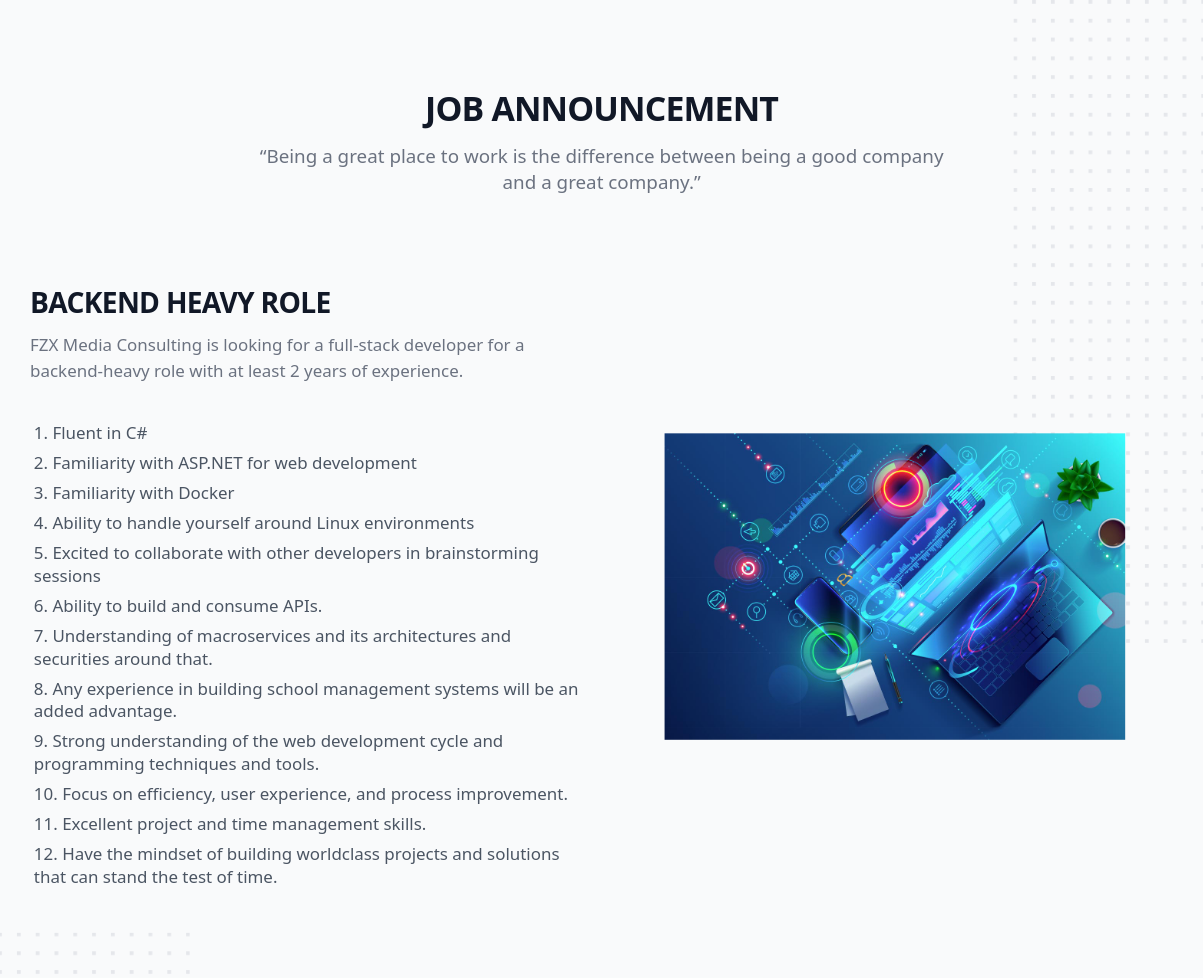
Repository: emorilebo/invotec
Page: /jobs
An editor plug-in stored every save of this project. The page is shown before and after a run of saves, followed by the edit.
The browser window is 1280 px wide. The pictures show the whole page, at 94% of full size.
The project was rebuilt for these pictures with package versions that can differ from the ones it lists, and the page was loaded fresh each time. The framework's server and built-in components were replaced by stand-ins that run in the browser. Also part of the build but not shown: next.config.js.

Above is the page before, as saved 2022-12-07 11:25:23.

### pages/jobs.tsx
import React from 'react'
import {
  BoltIcon,
  ChatBubbleBottomCenterTextIcon,
  EnvelopeIcon,
  GlobeAltIcon,
  ScaleIcon,
} from '@heroicons/react/24/solid'

const transferFeatures = [
  {
    id: 1,
    name: '1. Fluent in C#',
    description:
      'Lorem ipsum, dolor sit amet consectetur adipisicing elit. Maiores impedit perferendis suscipit eaque, iste dolor cupiditate blanditiis ratione.',
    icon: GlobeAltIcon,
  },
  {
    id: 2,
    name: '2. Familiarity with ASP.NET for web development',
    description:
      'Lorem ipsum, dolor sit amet consectetur adipisicing elit. Maiores impedit perferendis suscipit eaque, iste dolor cupiditate blanditiis ratione.',
    icon: ScaleIcon,
  },
  {
    id: 3,
    name: '3. Familiarity with Docker',
    description:
      'Lorem ipsum, dolor sit amet consectetur adipisicing elit. Maiores impedit perferendis suscipit eaque, iste dolor cupiditate blanditiis ratione.',
    icon: BoltIcon,
  },
  {
    id: 4,
    name: '4. Ability to handle yourself around Linux environments',
    description:
      'Lorem ipsum, dolor sit amet consectetur adipisicing elit. Maiores impedit perferendis suscipit eaque, iste dolor cupiditate blanditiis ratione.',
    icon: BoltIcon,
  },
  {
    id: 5,
    name: '5. Excited to collaborate with other developers in brainstorming sessions',
    description:
      'Lorem ipsum, dolor sit amet consectetur adipisicing elit. Maiores impedit perferendis suscipit eaque, iste dolor cupiditate blanditiis ratione.',
    icon: BoltIcon,
  },
  {
    id: 6,
    name: '6. Ability to build and consume APIs.',
    description:
      'Lorem ipsum, dolor sit amet consectetur adipisicing elit. Maiores impedit perferendis suscipit eaque, iste dolor cupiditate blanditiis ratione.',
    icon: BoltIcon,
  },
  {
    id: 7,
    name: '7. Understanding of macroservices and its architectures and securities around that.',
    description:
      'Lorem ipsum, dolor sit amet consectetur adipisicing elit. Maiores impedit perferendis suscipit eaque, iste dolor cupiditate blanditiis ratione.',
    icon: BoltIcon,
  },
  {
    id: 8,
    name: '8. Any experience in building school management systems will be an added advantage.',
    description:
      'Lorem ipsum, dolor sit amet consectetur adipisicing elit. Maiores impedit perferendis suscipit eaque, iste dolor cupiditate blanditiis ratione.',
    icon: BoltIcon,
  },
  {
    id: 9,
    name: '9. Strong understanding of the web development cycle and programming techniques and tools.',
    description:
      'Lorem ipsum, dolor sit amet consectetur adipisicing elit. Maiores impedit perferendis suscipit eaque, iste dolor cupiditate blanditiis ratione.',
    icon: BoltIcon,
  },
  {
    id: 10,
    name: '10. Focus on efficiency, user experience, and process improvement.',
    description:
      'Lorem ipsum, dolor sit amet consectetur adipisicing elit. Maiores impedit perferendis suscipit eaque, iste dolor cupiditate blanditiis ratione.',
    icon: BoltIcon,
  },
  {
    id: 11,
    name: '11. Excellent project and time management skills.',
    description:
      'Lorem ipsum, dolor sit amet consectetur adipisicing elit. Maiores impedit perferendis suscipit eaque, iste dolor cupiditate blanditiis ratione.',
    icon: BoltIcon,
  },
  {
    id: 12,
    name: '12. Have the mindset of building worldclass projects and solutions that can stand the test of time.',
    description:
      'Lorem ipsum, dolor sit amet consectetur adipisicing elit. Maiores impedit perferendis suscipit eaque, iste dolor cupiditate blanditiis ratione.',
    icon: BoltIcon,
  },
]
const communicationFeatures = [
  {
    id: 1,
    name: 'Mobile notifications',
    description:
      'Lorem ipsum, dolor sit amet consectetur adipisicing elit. Maiores impedit perferendis suscipit eaque, iste dolor cupiditate blanditiis ratione.',
    icon: ChatBubbleBottomCenterTextIcon,
  },
  {
    id: 2,
    name: 'Reminder emails',
    description:
      'Lorem ipsum, dolor sit amet consectetur adipisicing elit. Maiores impedit perferendis suscipit eaque, iste dolor cupiditate blanditiis ratione.',
    icon: EnvelopeIcon,
  },
]

function jobs() {
  return (
    <div className="overflow-hidden bg-gray-50 py-16 lg:py-24">
      <div className="relative mx-auto max-w-xl px-6 lg:max-w-7xl lg:px-8">
        <svg
          className="absolute left-full hidden -translate-x-1/2 -translate-y-1/4 transform lg:block"
          width={404}
          height={784}
          fill="none"
          viewBox="0 0 404 784"
          aria-hidden="true"
        >
          <defs>
            <pattern
              id="b1e6e422-73f8-40a6-b5d9-c8586e37e0e7"
              x={0}
              y={0}
              width={20}
              height={20}
              patternUnits="userSpaceOnUse"
            >
              <rect
                x={0}
                y={0}
                width={4}
                height={4}
                className="text-gray-200"
                fill="currentColor"
              />
            </pattern>
          </defs>
          <rect
            width={404}
            height={784}
            fill="url(#b1e6e422-73f8-40a6-b5d9-c8586e37e0e7)"
          />
        </svg>

        <div className="relative">
          <h2 className="text-center text-3xl font-bold leading-8 tracking-tight text-gray-900 sm:text-4xl">
            JOB ANNOUNCEMENT
          </h2>
          <p className="mx-auto mt-4 max-w-3xl text-center text-xl text-gray-500">
            “Being a great place to work is the difference between being a good
            company and a great company.”
          </p>
        </div>

        <div className="relative mt-12 lg:mt-24 lg:grid lg:grid-cols-2 lg:items-center lg:gap-8">
          <div className="relative">
            <h3 className="text-2xl font-bold tracking-tight text-gray-900 sm:text-3xl">
              BACKEND HEAVY ROLE
            </h3>
            <p className="mt-3 text-lg text-gray-500">
              FZX Media Consulting is looking for a full-stack developer for a
              backend-heavy role with at least 2 years of experience.
            </p>

            <dl className="mt-10 space-y-2">
              {transferFeatures.map((item) => (
                <div key={item.id} className="relative">
                  <dt>

                    <p className="ml-1 text-lg font-base leading-6 text-gray-600">
                      {item.name}
                    </p>
                  </dt>

                </div>
              ))}
            </dl>
          </div>

          <div className="relative -mx-4 mt-10 lg:mt-0" aria-hidden="true">
            <svg
              className="absolute left-1/2 -translate-x-1/2 translate-y-16 transform lg:hidden"
              width={784}
              height={404}
              fill="none"
              viewBox="0 0 784 404"
            >
              <defs>
                <pattern
                  id="ca9667ae-9f92-4be7-abcb-9e3d727f2941"
                  x={0}
                  y={0}
                  width={20}
                  height={20}
                  patternUnits="userSpaceOnUse"
                >
                  <rect
                    x={0}
                    y={0}
                    width={4}
                    height={4}
                    className="text-gray-200"
                    fill="currentColor"
                  />
                </pattern>
              </defs>
              <rect
                width={784}
                height={404}
                fill="url(#ca9667ae-9f92-4be7-abcb-9e3d727f2941)"
              />
            </svg>
            <img
              className="relative mx-auto"
              width={490}
              src="/computer.jpg"
              alt=""
            />
          </div>
        </div>

        <svg
          className="absolute right-full hidden translate-x-1/2 translate-y-12 transform lg:block"
          width={404}
          height={784}
          fill="none"
          viewBox="0 0 404 784"
          aria-hidden="true"
        >
          <defs>
            <pattern
              id="64e643ad-2176-4f86-b3d7-f2c5da3b6a6d"
              x={0}
              y={0}
              width={20}
              height={20}
              patternUnits="userSpaceOnUse"
            >
              <rect
                x={0}
                y={0}
                width={4}
                height={4}
                className="text-gray-200"
                fill="currentColor"
              />
            </pattern>
          </defs>
          <rect
            width={404}
            height={784}
            fill="url(#64e643ad-2176-4f86-b3d7-f2c5da3b6a6d)"
          />
        </svg>


      </div>
    </div>
  )
}

export default jobs

Loaded but not shown: pages/_app.tsx (common file); styles/globals.css (common file); tailwind.config.js (common file)

After the next 2 saves:
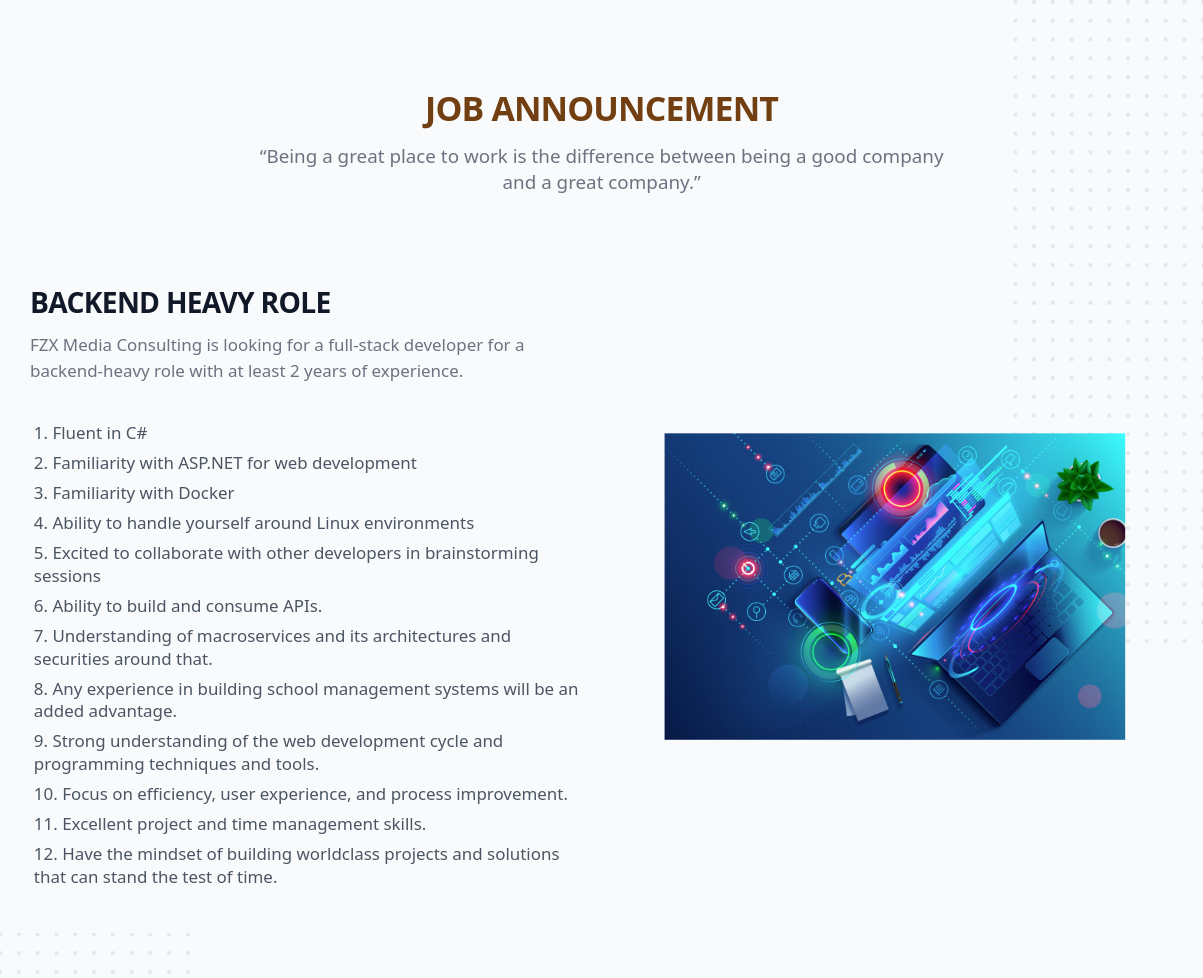
The 2 saves are shown as one change because they came seconds apart.
The last was saved 3 min 7 s later.
--- a/pages/jobs.tsx
+++ b/pages/jobs.tsx
@@ -149,7 +149,7 @@ function jobs() {
         </svg>
 
         <div className="relative">
-          <h2 className="text-center text-3xl font-bold leading-8 tracking-tight text-gray-900 sm:text-4xl">
+          <h2 className="text-center text-3xl font-bold leading-8 tracking-tight text-yellow-900 sm:text-4xl">
             JOB ANNOUNCEMENT
           </h2>
           <p className="mx-auto mt-4 max-w-3xl text-center text-xl text-gray-500">
